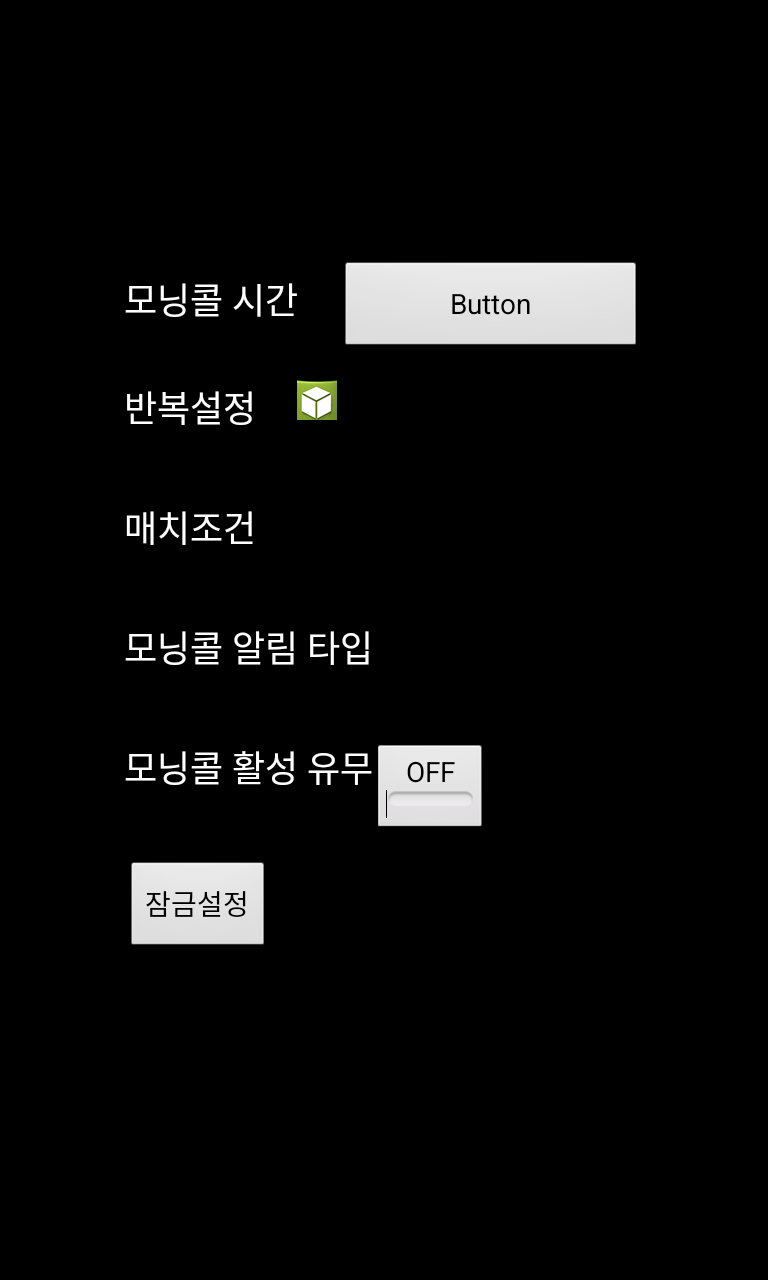
Repository: blacky512/smart_morning_call
Layout: client/SmartMorningCall/res/layout/randomcall_frag.xml
These files come from the project's save history. The layout is drawn as it stood at one moment and after the next save; the edit follows.
It is drawn on a 768 x 1280 px phone screen (xhdpi) without system bars, with theme android:Theme.NoTitleBar; the app's code is not run.

Above is the layout before, as saved 2013-02-18 19:08:06.

After the next save:
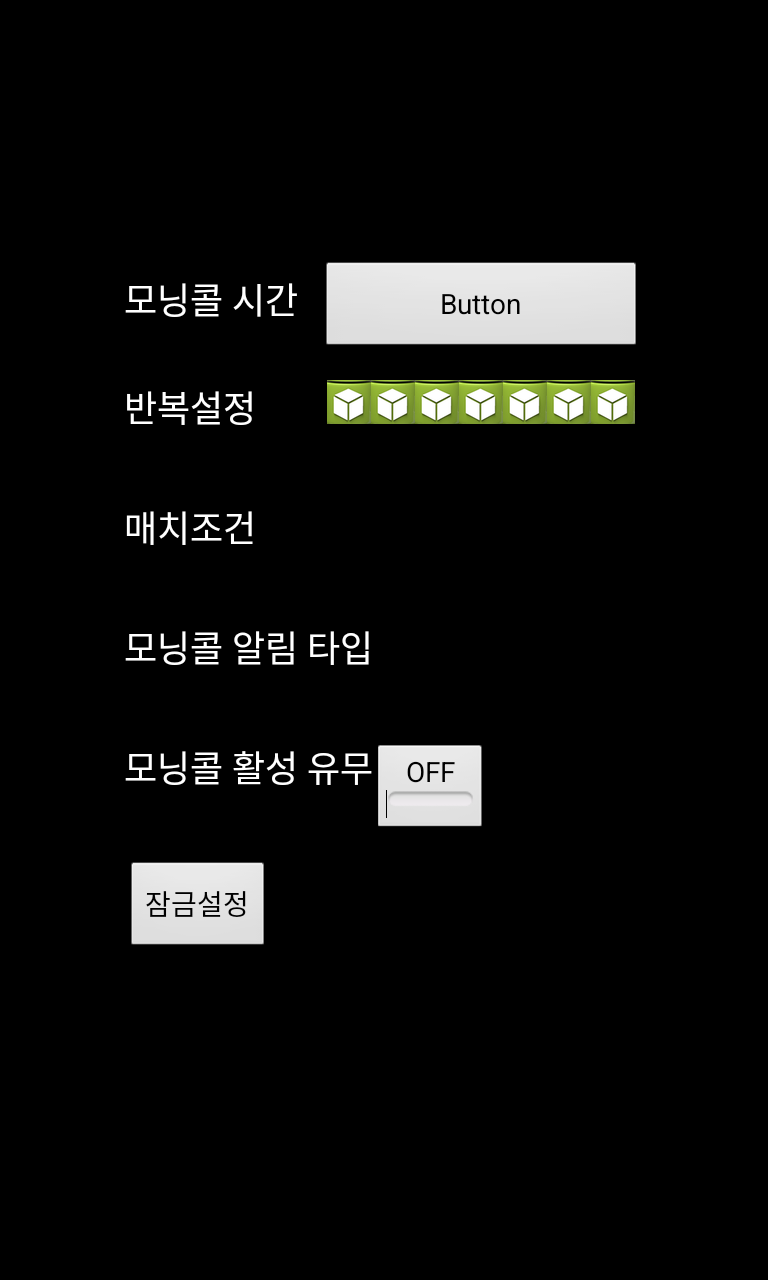
Saved 4 min 41 s later.
--- a/client/SmartMorningCall/res/layout/randomcall_frag.xml
+++ b/client/SmartMorningCall/res/layout/randomcall_frag.xml
@@ -14,8 +14,7 @@
         <FrameLayout
             android:id="@+id/rcall_1"
             android:layout_width="260dp"
-            android:layout_height="300dp"
-            >
+            android:layout_height="300dp" >
 
             <LinearLayout
                 android:layout_width="match_parent"
@@ -31,16 +30,24 @@
                         android:id="@+id/textView1"
                         android:layout_width="0dp"
                         android:layout_height="wrap_content"
-                        android:layout_weight="0.7"
+                        android:layout_weight="0.6"
                         android:text="모닝콜 시간"
                         android:textAppearance="?android:attr/textAppearanceMedium" />
 
-                    <Button
-                        android:id="@+id/btn_settime"
+                    <RelativeLayout
                         android:layout_width="0dp"
                         android:layout_height="wrap_content"
-                        android:layout_weight="1"
-                        android:text="Button" />
+                        android:layout_weight="1" >
+
+                        <Button
+                            android:id="@+id/btn_settime"
+                            android:layout_width="match_parent"
+                            android:layout_height="wrap_content"
+                            android:layout_centerHorizontal="true"
+                            android:layout_weight="1"
+                            android:text="Button" />
+
+                    </RelativeLayout>
                 </LinearLayout>
 
                 <LinearLayout
@@ -52,22 +59,65 @@
                         android:id="@+id/textView2"
                         android:layout_width="0dp"
                         android:layout_height="wrap_content"
-                        android:layout_weight="0.5"
+                        android:layout_weight="0.6"
                         android:text="반복설정"
                         android:textAppearance="?android:attr/textAppearanceMedium" />
 
-                    <LinearLayout
+                    <RelativeLayout
+                        android:id="@+id/RelativeLayout1"
                         android:layout_width="0dp"
                         android:layout_height="match_parent"
                         android:layout_weight="1" >
 
-                        <ImageButton
-                            android:id="@+id/ImageButton04"
-                            android:layout_width="20dp"
-                            android:layout_height="20dp"
-                            android:src="@drawable/ic_launcher" />
-                    </LinearLayout>
+                        <LinearLayout
+                            android:layout_width="wrap_content"
+                            android:layout_height="wrap_content"
+                            android:layout_centerHorizontal="true" >
 
+                            <ImageButton
+                                android:id="@+id/ImageButton08"
+                                android:layout_width="22dp"
+                                android:layout_height="22dp"
+                                android:src="@drawable/ic_launcher" />
+
+                            <ImageButton
+                                android:id="@+id/ImageButton07"
+                                android:layout_width="22dp"
+                                android:layout_height="22dp"
+                                android:src="@drawable/ic_launcher" />
+
+                            <ImageButton
+                                android:id="@+id/ImageButton06"
+                                android:layout_width="22dp"
+                                android:layout_height="22dp"
+                                android:src="@drawable/ic_launcher" />
+
+                            <ImageButton
+                                android:id="@+id/ImageButton05"
+                                android:layout_width="22dp"
+                                android:layout_height="22dp"
+                                android:src="@drawable/ic_launcher" />
+
+                            <ImageButton
+                                android:id="@+id/ImageButton04"
+                                android:layout_width="22dp"
+                                android:layout_height="22dp"
+                                android:src="@drawable/ic_launcher" />
+
+                            <ImageButton
+                                android:id="@+id/ImageButton03"
+                                android:layout_width="22dp"
+                                android:layout_height="22dp"
+                                android:src="@drawable/ic_launcher" />
+
+                            <ImageButton
+                                android:id="@+id/ImageButton02"
+                                android:layout_width="22dp"
+                                android:layout_height="22dp"
+                                android:src="@drawable/ic_launcher" />
+                        </LinearLayout>
+
+                    </RelativeLayout>
                 </LinearLayout>
 
                 <LinearLayout
@@ -115,7 +165,6 @@
                         android:text="ToggleButton" />
                 </LinearLayout>
             </LinearLayout>
-
         </FrameLayout>
 
         <FrameLayout
@@ -127,9 +176,7 @@
                 android:layout_width="wrap_content"
                 android:layout_height="wrap_content"
                 android:text="잠금설정" />
-
         </FrameLayout>
-
     </LinearLayout>
 
 </RelativeLayout>
